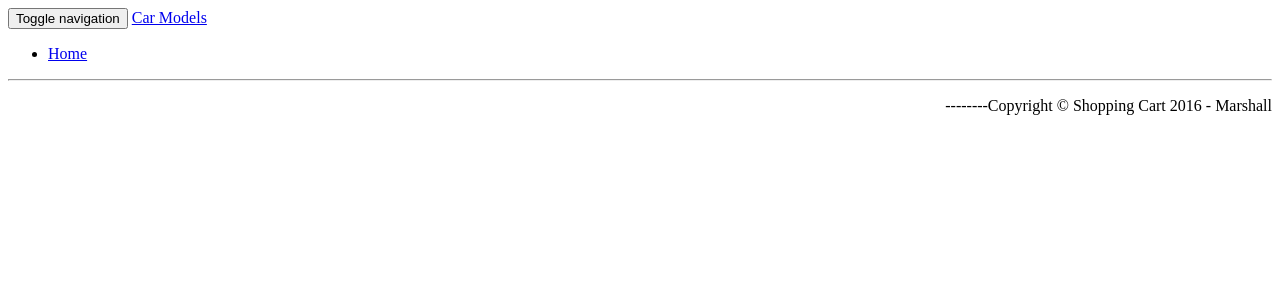
Repository: AravindMarshall/ShoppingCart
Page: http://localhost/Phineas/Register.jsp
The author's editor kept a copy of each file at every save. The page is drawn from the files as they stood at one save, then again after the next save.
The browser window is 1280 px wide. The pictures show the whole page.
The page is served by Tomcat 9.

Above is the page before, as saved 2016-06-09 19:17:30.

After the next save:
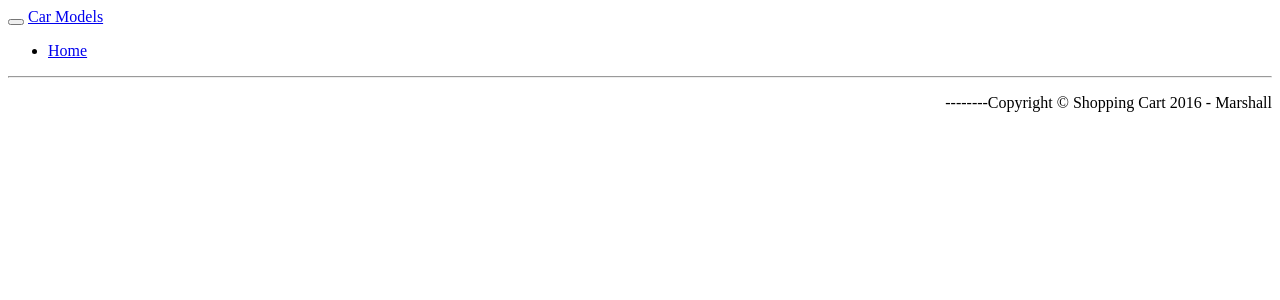
Saved 53 s later.
--- a/NIIT Shopping Cart/Phineas/WebContent/Register.jsp
+++ b/NIIT Shopping Cart/Phineas/WebContent/Register.jsp
@@ -16,8 +16,7 @@
             <!-- Brand and toggle get grouped for better mobile display -->
             <div class="navbar-header">
                 <button type="button" class="navbar-toggle" data-toggle="collapse" data-target="#bs-example-navbar-collapse-1">
-                    <span class="sr-only">Toggle navigation</span>
-                    <span class="icon-bar"></span>
+                    <span class=""></span>
                     <span class="icon-bar"></span>
                     <span class="icon-bar"></span>
                 </button>
